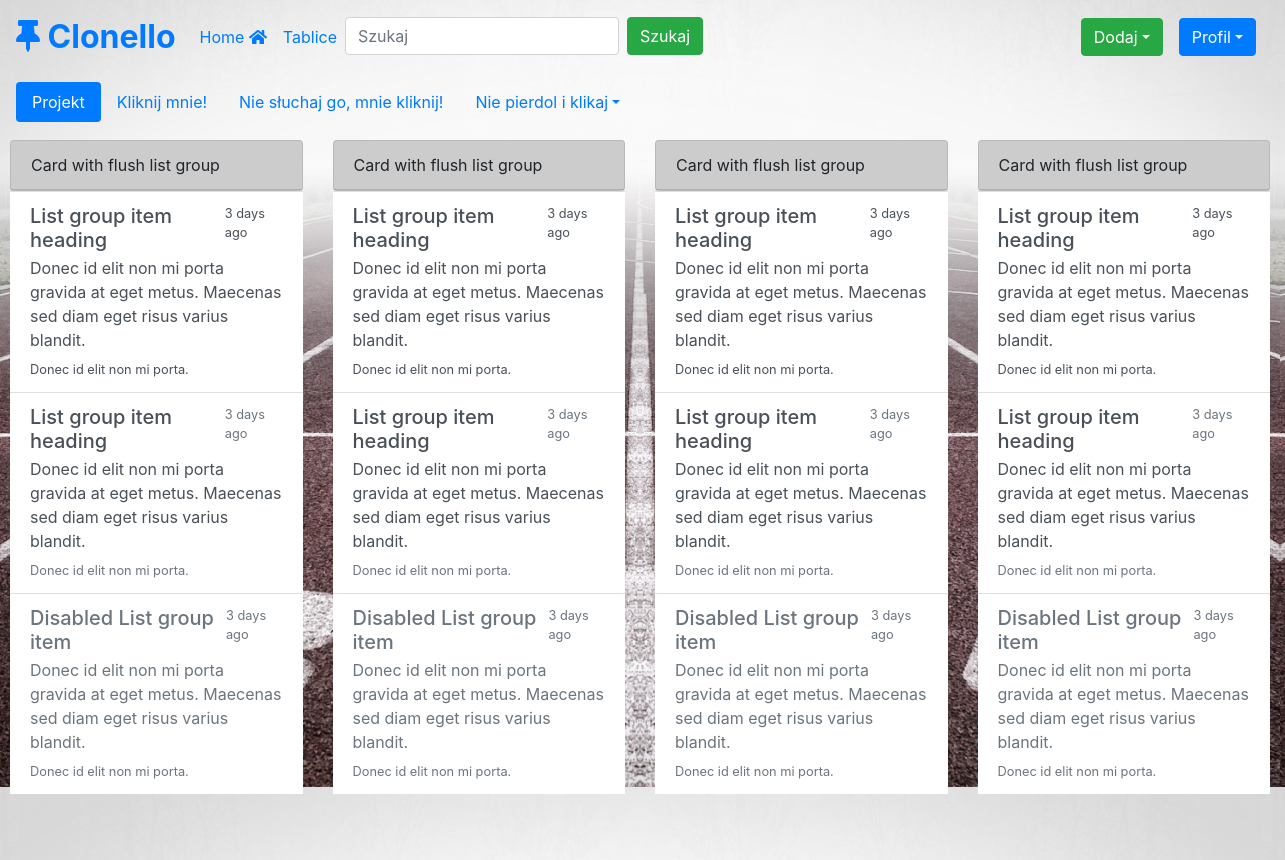
Repository: jnehlt/PAW-lab
Page: / (app in Frontend/clonello/)
These files come from the project's save history. The page is drawn as it stood at one moment and after a run of saves; the edit follows.
The browser window is 1280 px wide. The page is 1285 px wide, so the pictures cover 1285 px, including what lies to the right of the window. The pictures show the whole page.
The project was rebuilt for these pictures with package versions that can differ from the ones it lists, and the page was loaded fresh each time.

Above is the page before, as saved 2020-04-24 23:48:08.

### Frontend/clonello/src/main.js
import "@babel/polyfill";
import "mutationobserver-shim";
import Vue from "vue";
import "./plugins/bootstrap-vue";
import App from "./App.vue";
import router from "./router";
import "@fortawesome/fontawesome-free/css/all.css";
import "@fortawesome/fontawesome-free/js/all.js";

Vue.config.productionTip = false;

new Vue({
  router,
  render: h => h(App)
}).$mount("#app");

### Frontend/clonello/src/App.vue
<template>
  <div id="app">
    <topheader></topheader>
    <projectheader></projectheader>

    <div class="row">
        <maincard></maincard>
        <maincard></maincard>
        <maincard></maincard>
        <maincard></maincard>
        <maincard></maincard>
        <maincard></maincard>
        <maincard></maincard>
        <maincard></maincard>
    </div>
    <router-view />
  </div>
</template>

<script>
import TopHeader from "@/components/TopHeader.vue";
import ProjectHeader from "@/components/ProjectHeader.vue";
import MainCard from "@/components/MainCard.vue";

export default {
  components: {
    "topheader": TopHeader,
    "projectheader": ProjectHeader,
    "maincard": MainCard
  }
};
</script>

<style lang="scss">

body {
    background-image: url("../src/assets/running-track-sn-3000x2001.jpg");
    background-size: cover;
    background-position: center;
}

.dropdown-header {
    font-size: larger;
    font-weight: bolder;
}

html, body {
    height: 100%;
}

.list-head {
    font-weight: bolder;
    text-transform: uppercase;
}

.row {
  display: flex;
  flex-wrap: nowrap;
  overflow-x: auto;
  margin-left: -5px;
  margin-right: -5px;
  margin-top: 10px;
  height: 100vh;
}

::-webkit-scrollbar {
  height: 4px;              /* height of horizontal scrollbar ← You're missing this */
  width: 4px;               /* width of vertical scrollbar */
  border: 1px solid #d5d5d5;
  margin-left: -5px;
  margin-right: -5px;
}


</style>

### Frontend/clonello/src/components/TopHeader.vue
<template>
  <div>
    <nav class="navbar navbar-expand-lg">
      <a class="navbar-brand" href="#"><i class="fas fa-thumbtack"></i> Clonello</a>
      <button class="navbar-toggler navbar-dark" type="button" data-toggle="collapse" data-target="#navbarNav" aria-controls="navbarNav" aria-expanded="false" aria-label="Toggle navigation">
          <span class="navbar-toggler-icon"></span>
      </button>
      <div class="collapse navbar-collapse" id="navbarNav">
        <ul class="navbar-nav mr-auto">
          <li class="nav-item">
            <a class="nav-link" href="#">Home <i class="fas fa-home"></i></a>
          </li>
          <li class="nav-item">
            <a class="nav-link" href="#">Tablice</a>
          </li>
          <li class="nav-item">
            <form class="form-inline my-2 my-lg-0">
              <input class="form-control mr-sm-2" type="search" placeholder="Szukaj" aria-label="Search">
              <button class="btn btn-success my-2 my-sm-0" type="submit">Szukaj</button>
            </form>
          </li>
        </ul>
        <ul class="navbar-right navbar-nav">
          <li>
            <b-dropdown id="dropdown-right" right text="Dodaj" variant="success" class="m-2">
              <b-dropdown-item href="#">Coś</b-dropdown-item>
              <b-dropdown-item href="#">Coś innego</b-dropdown-item>
              <b-dropdown-item href="#">Dobra, spierdalaj!</b-dropdown-item>
            </b-dropdown>
            <b-dropdown id="dropdown-right" right text="Profil" variant="primary" class="m-2">
              <b-dropdown-item href="#">Ustawienia</b-dropdown-item>
              <b-dropdown-item href="#">Wyloguj</b-dropdown-item>
            </b-dropdown>
          </li>
        </ul>
      </div>
    </nav>
  </div>
  <!-- class="btn btn-success" type="button" data-toggle="collapse" data-target="#collapseAdd" aria-expanded="false" aria-controls="collapseAdd">Dodaj <i class="fas fa-plus"></i>
            </button> -->
</template>

<script>



export default {

};
</script>

<!-- Add "scoped" attribute to limit CSS to this component only -->
<style scoped lang="scss">
.navbar-brand {
    font-weight: bolder;
    font-size: 2em;
}

.navbar {
    background-color: transparent;
}

.navbar-toggler {
    background-color: #4e555b;
}

</style>

### Frontend/clonello/src/components/ProjectHeader.vue
<template>
  <div>
      <div class="navbar navbar-expand-lg">
      <ul class="nav nav-pills nav-fill">
        <li class="nav-item">
          <a class="nav-link active" href="#">Projekt</a>
        </li>
        <li class="nav-item">
          <a class="nav-link" href="#">Kliknij mnie!</a>
        </li>
        <li class="nav-item">
          <a class="nav-link" href="#">Nie słuchaj go, mnie kliknij!</a>
        </li>
        <li class="nav-item dropdown">
          <b-nav-item-dropdown text="Nie pierdol i klikaj" right>
            <b-dropdown-item href="#">Wkurwia</b-dropdown-item>
            <b-dropdown-item href="#">Mnie</b-dropdown-item>
            <b-dropdown-item href="#">Ta</b-dropdown-item>
            <b-dropdown-item href="#">Uczelnia</b-dropdown-item>
          </b-nav-item-dropdown>
        </li>
      </ul>
    </div>
  </div>
</template>

<script>
export default {

}
</script>

<style>
.navbar-brand {
    font-weight: bolder;
    font-size: 2em;
}

.navbar {
    background-color: transparent;
}

.navbar-toggler {
    background-color: #4e555b;
}

</style>

### Frontend/clonello/src/components/MainCard.vue
<template>
        <div class="col-3 col-md-3 col-sm-3">
            <b-card id="duties-card" no-body header="Card with flush list group" ></b-card>
                <b-list-group flush="">
                    <b-list-group-item href="#" class="flex-column align-items-start">
                        <div class="d-flex w-100 justify-content-between">
                        <h5 class="mb-1">List group item heading</h5>
                        <small>3 days ago</small>
                        </div>

                        <p class="mb-1">
                        Donec id elit non mi porta gravida at eget metus. Maecenas sed diam eget risus varius blandit.
                        </p>

                        <small>Donec id elit non mi porta.</small>
                    </b-list-group-item>

                    <b-list-group-item href="#" class="flex-column align-items-start">
                        <div class="d-flex w-100 justify-content-between">
                        <h5 class="mb-1">List group item heading</h5>
                        <small class="text-muted">3 days ago</small>
                        </div>

                        <p class="mb-1">
                        Donec id elit non mi porta gravida at eget metus. Maecenas sed diam eget risus varius blandit.
                        </p>

                        <small class="text-muted">Donec id elit non mi porta.</small>
                    </b-list-group-item>

                    <b-list-group-item href="#" disabled class="flex-column align-items-start">
                        <div class="d-flex w-100 justify-content-between">
                        <h5 class="mb-1">Disabled List group item</h5>
                        <small class="text-muted">3 days ago</small>
                        </div>

                        <p class="mb-1">
                        Donec id elit non mi porta gravida at eget metus. Maecenas sed diam eget risus varius blandit.
                        </p>

                        <small class="text-muted">Donec id elit non mi porta.</small>
                    </b-list-group-item>
                </b-list-group>
            </b-card>
        </div>
</template>

<script>
export default {

}
</script>

<style>
#duties-card {
    background-color: lightgray;
}

</style>

### Frontend/clonello/src/views/Home.vue
<template>
  <div class="home"></div>
</template>

<script>
// @ is an alias to /src
export default {
  name: "Home",
  components: {}
};
</script>

Loaded but not shown: Frontend/clonello/public/index.html (common file); Frontend/clonello/src/plugins/bootstrap-vue.js (common file); Frontend/clonello/src/router/index.js (common file)

After the next 2 saves:
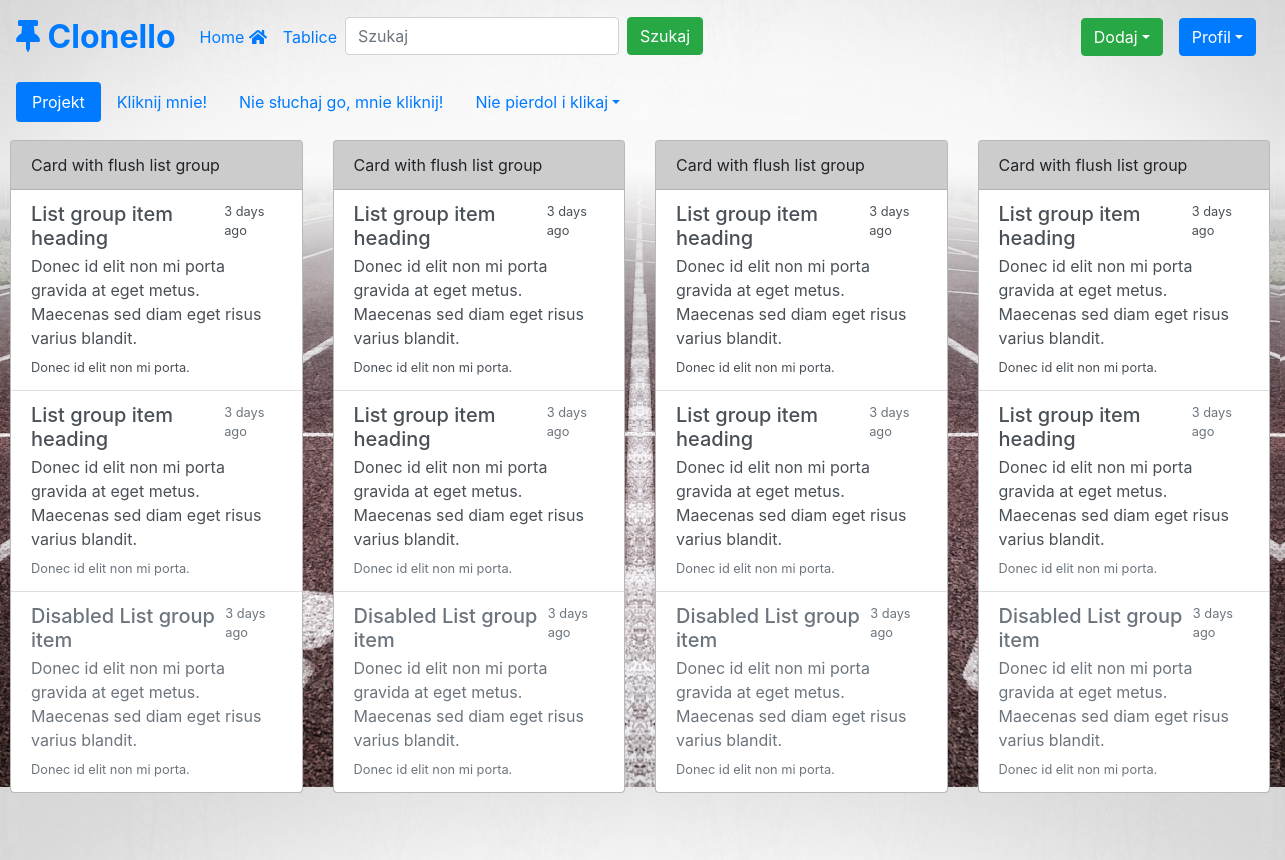
The 2 saves are shown as one change because they came seconds apart.
The last was saved 7 s later.
--- a/Frontend/clonello/src/components/MainCard.vue
+++ b/Frontend/clonello/src/components/MainCard.vue
@@ -1,6 +1,6 @@
 <template>
         <div class="col-3 col-md-3 col-sm-3">
-            <b-card id="duties-card" no-body header="Card with flush list group" ></b-card>
+            <b-card id="duties-card" no-body header="Card with flush list group">
                 <b-list-group flush="">
                     <b-list-group-item href="#" class="flex-column align-items-start">
                         <div class="d-flex w-100 justify-content-between">
